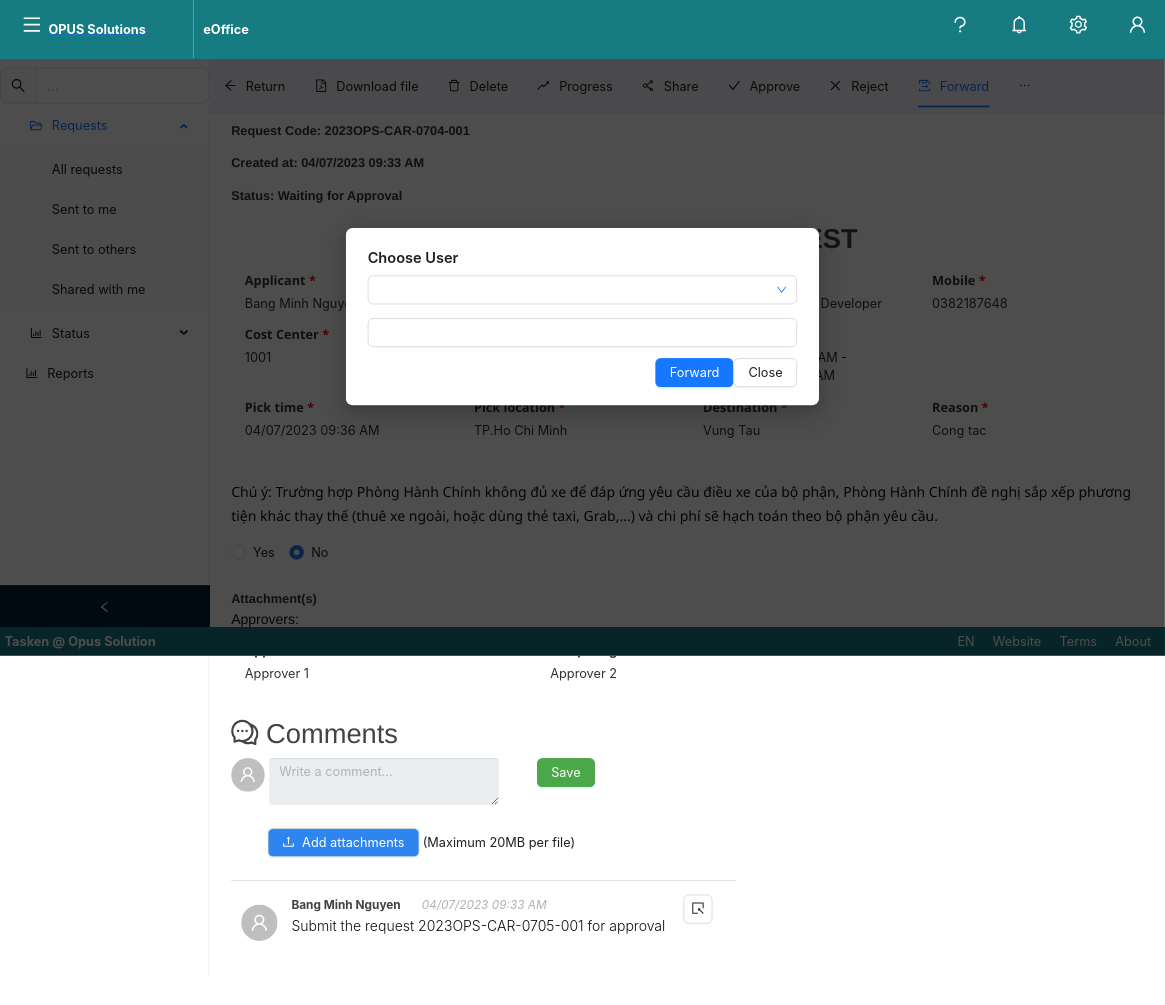
Repository: vannam272008/car-booking
Page: /request/detail, after clicking the first element matching `ul.ant-menu-overflow > :nth-child(8)`
An editor plug-in stored every save of this project. The page is shown before and after the next save, followed by the edit.
The browser window is 1280 px wide. The pictures show the whole page, at 91% of full size.
The project was rebuilt for these pictures with package versions that can differ from the ones it lists, and the page was loaded fresh each time. Also part of the build but not shown: src/Pages/ManageRequest/index.css, src/Pages/ManageRequest/ManageRequest.tsx, src/Components/AddRequest/MenuAdd/menuAdd.tsx, src/Components/AddRequest/SendApprover/sendApprover.css, src/Components/AddRequest/SendApprover/sendApprover.tsx, src/Components/AddRequest/AddRequest/addRequest.tsx. Imported but missing from the stored project, and not drawn on this page: src/Pages/Home.

Above is the page before, as saved 2023-07-10 11:45:08.

After the next save:
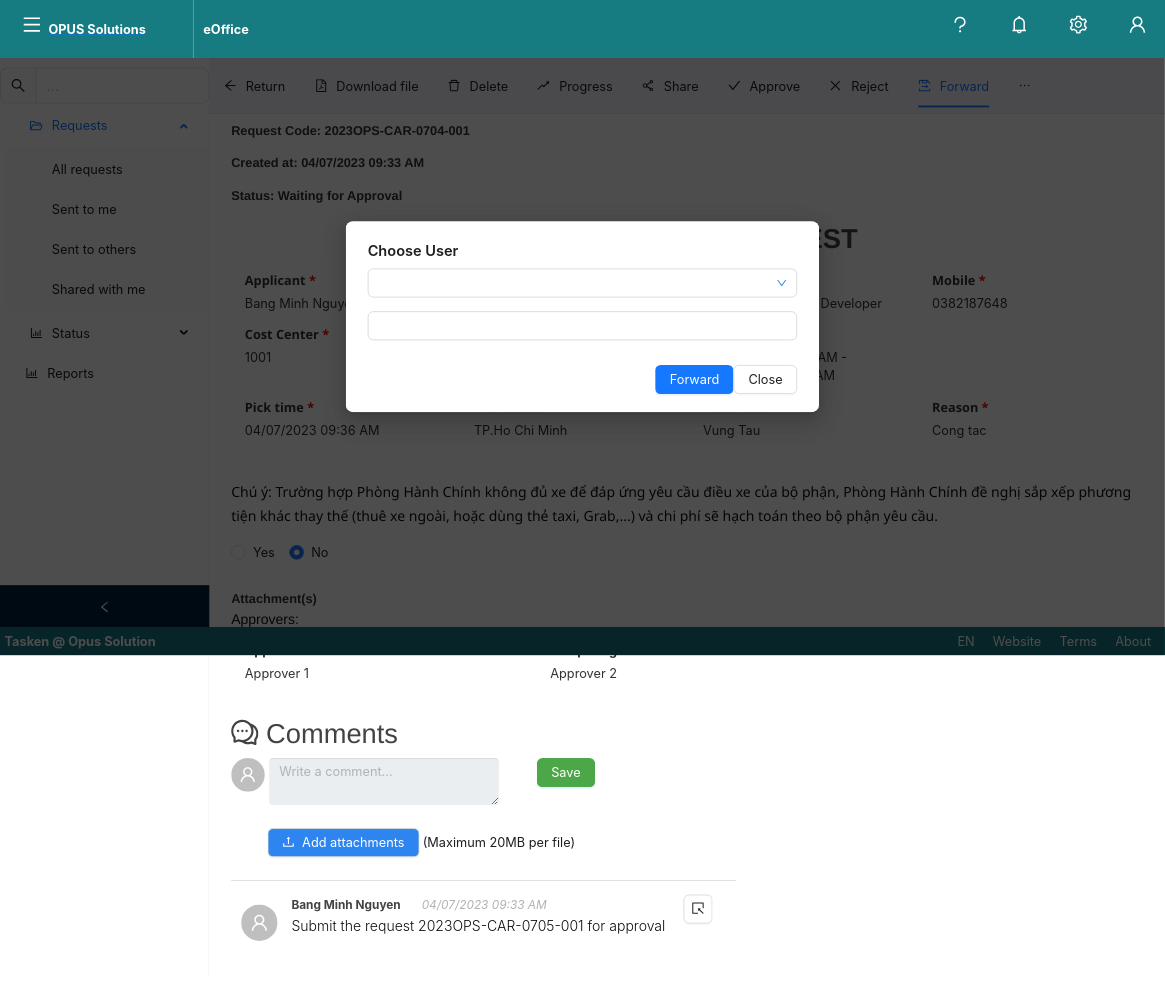
Saved 8 s later.
--- a/src/Components/DetailRequest/Menu/menu.css
+++ b/src/Components/DetailRequest/Menu/menu.css
@@ -37,6 +37,6 @@
 .custom-menu .ant-select {
   margin-bottom: 15px;
 }
-.custom-menu input .ant-select {
+.custom-menu input{
     margin-bottom: 15px;
-  }
+}
